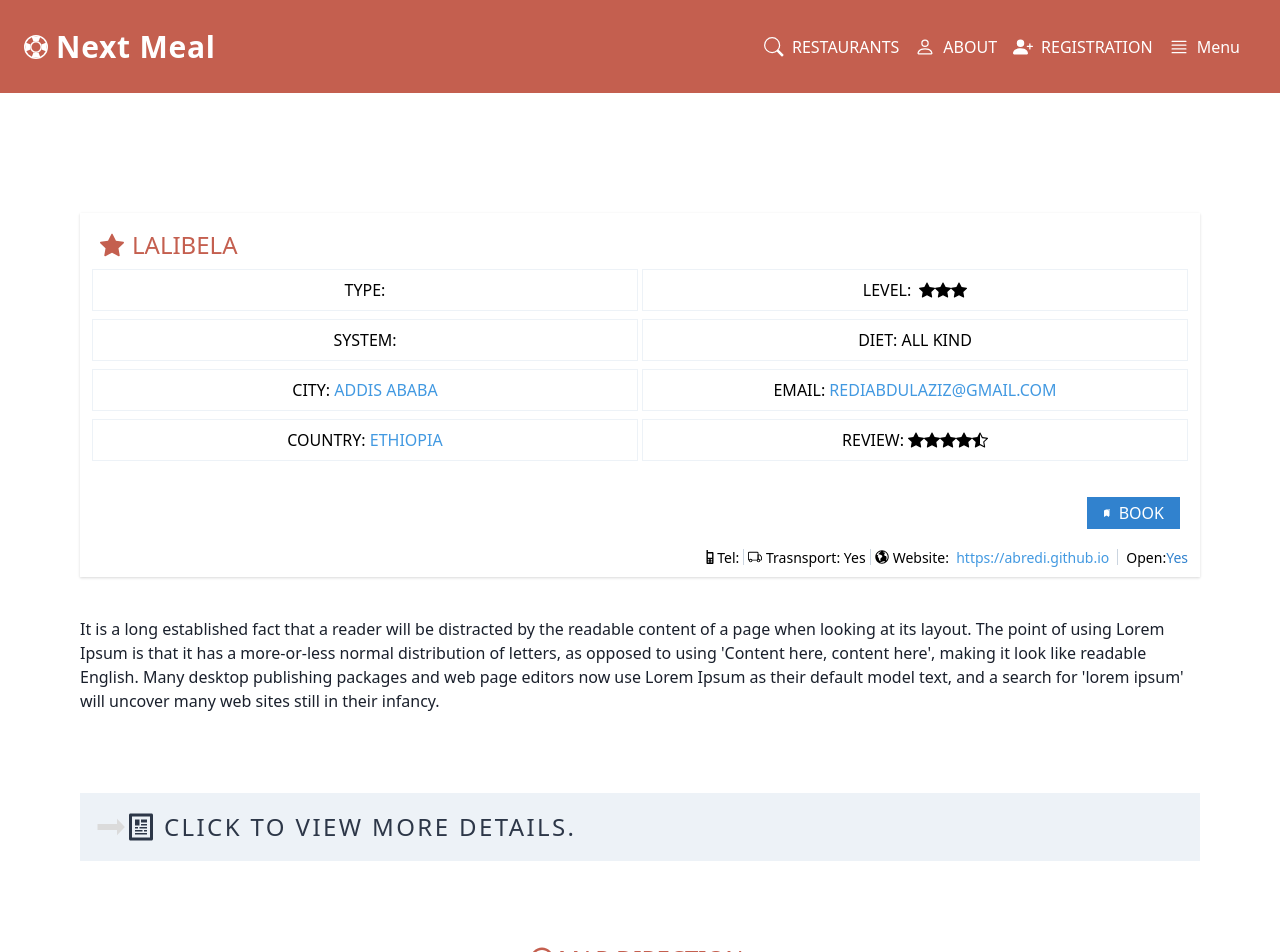
Repository: layzrd/nextmeal
Page: public/contact.html
The author's editor kept a copy of each file at every save. The page is drawn from the files as they stood at one save, then again after the next save.
The browser window is 1280 px wide. The pictures show the part of the page from y = 0 to 952 px (the page is 1860 px tall before and 1839 px after).
Some web libraries are served in a nearby version.

Above is the page before, as saved 2020-06-26 18:24:36.

After the next save:
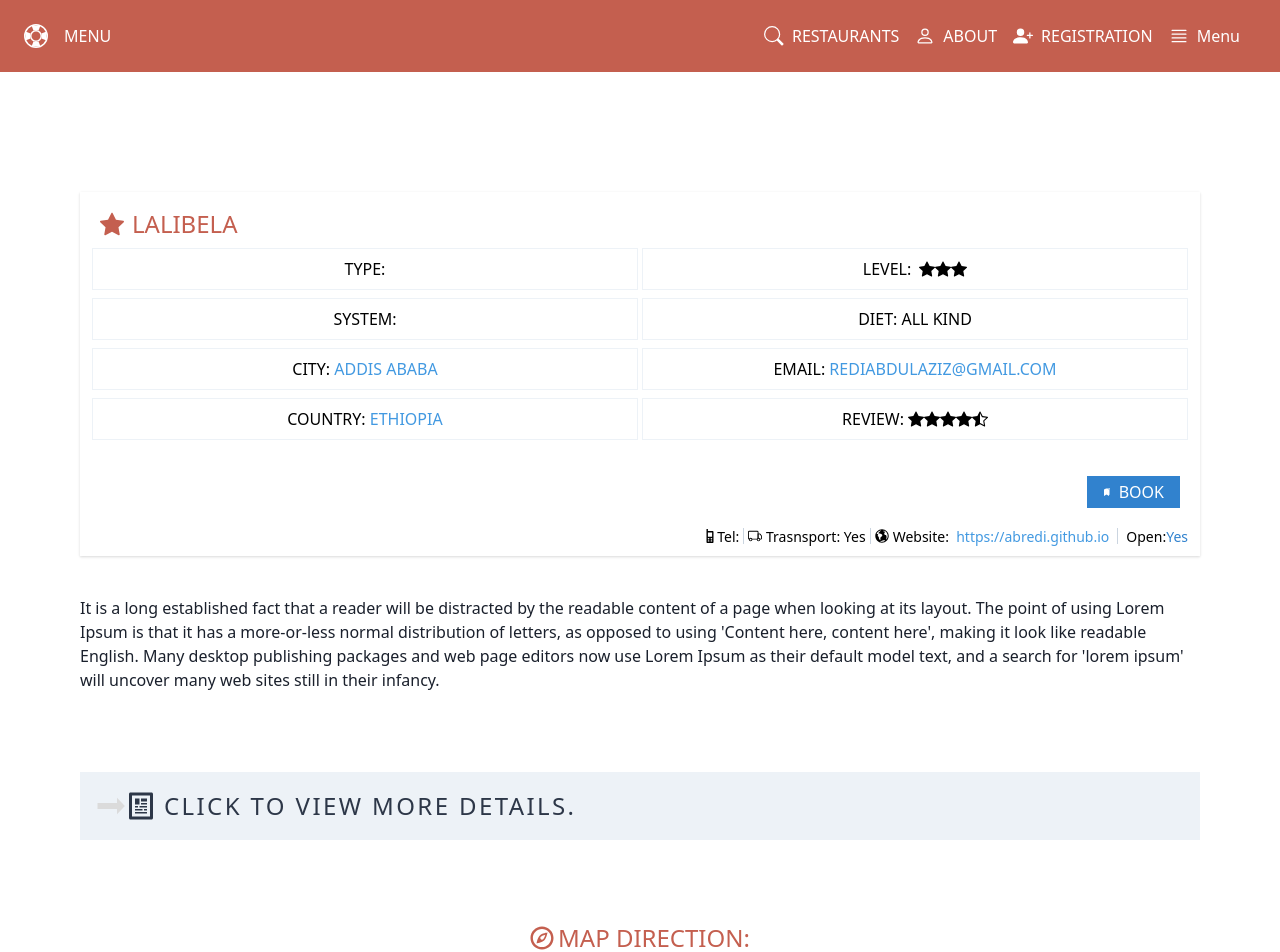
Saved 24 s later.
--- a/public/contact.html
+++ b/public/contact.html
@@ -19,7 +19,7 @@
             <path
               d="M11.642 6.343L15 5v6l-3.358-1.343A3.99 3.99 0 0 0 12 8a3.99 3.99 0 0 0-.358-1.657zM9.657 4.358L11 1H5l1.343 3.358A3.985 3.985 0 0 1 8 4c.59 0 1.152.128 1.657.358zM4.358 6.343L1 5v6l3.358-1.343A3.985 3.985 0 0 1 4 8c0-.59.128-1.152.358-1.657zm1.985 5.299L5 15h6l-1.343-3.358A3.984 3.984 0 0 1 8 12a3.99 3.99 0 0 1-1.657-.358z" />
           </svg>
-          <span class="font-semibold text-3xl capitalize tracking-wide">Next Meal</span>
+          <a href="index.html" class="ml-2 hidden lg:inline uppercase">Menu</a>
         </div>
 
         <div
